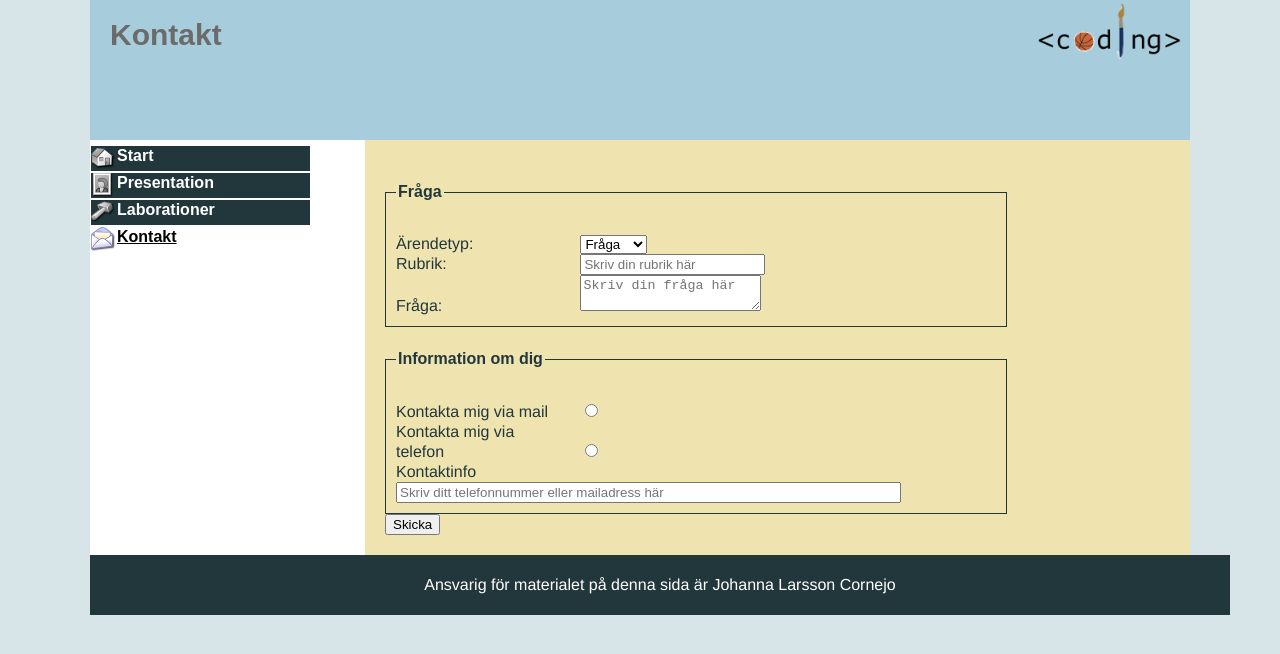
Repository: jc222fi/1ik415-laborationer
Page: pages/kontakt.html
The author's editor kept a record of every edit. The page is drawn from the files as they stood at one moment, then again after the next edit.
The browser window is 1280 px wide. The pictures show the whole page.

Above is the page before.

After the next edit:
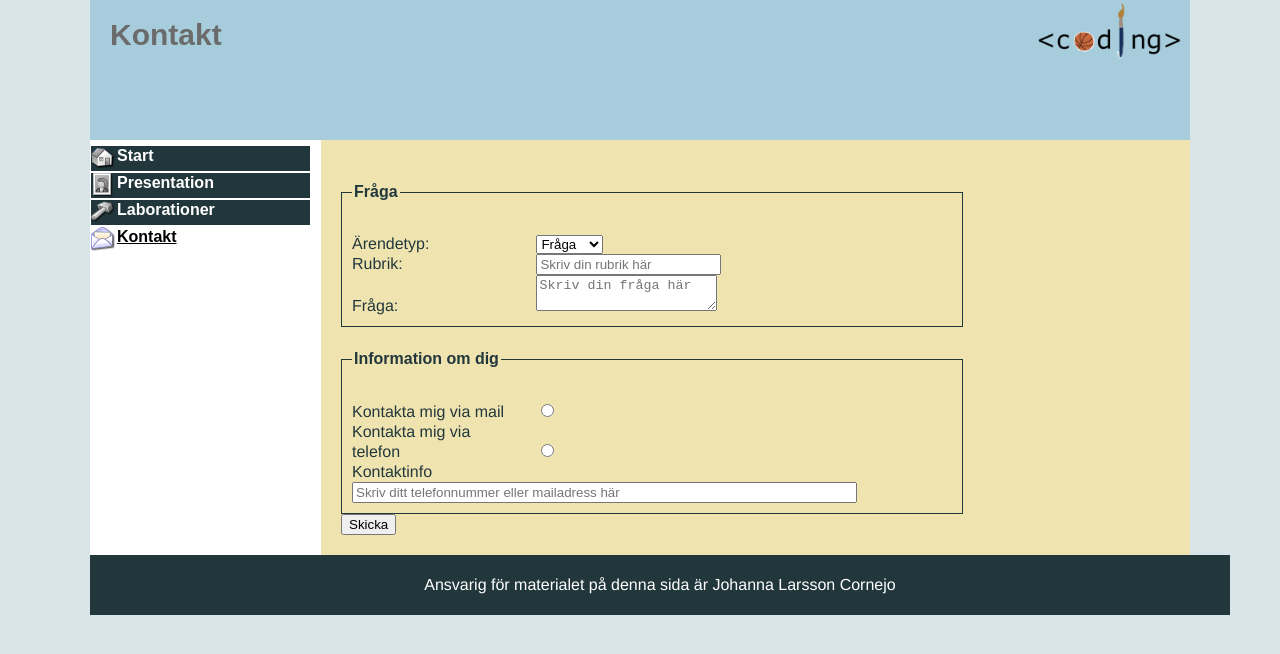
The edit:
--- a/css/style.css
+++ b/css/style.css
@@ -42,7 +42,7 @@
 	float:right;
 	box-sizing:border-box;
 	/*width:920px;*/
-	width:75%;
+	width:79%;
 }
 #footer{
 	clear:both;
